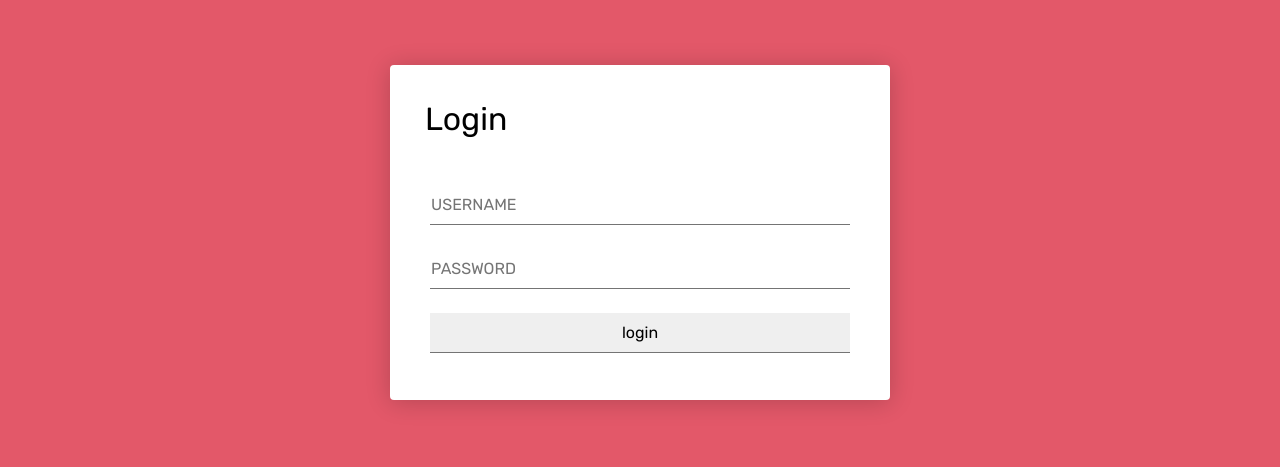
Repository: Shreya200012/FoodBox
Page: foodWeb/src/main/webapp/index.html
These files come from the project's save history. The page is drawn as it stood at one moment and after the next save; the edit follows.
The browser window is 1280 px wide. The pictures show the whole page.

Above is the page before, as saved 2022-06-12 12:20:30.
Console error: TypeError: document.querySelecter is not a function

### foodWeb/src/main/webapp/index.html
<!DOCTYPE html>
<html lang="en" >
<head>
  <meta charset="UTF-8">
  <title>Simple Login Form Example</title>
  <link rel='stylesheet' href='https://fonts.googleapis.com/css?family=Rubik:400,700'>
  <link rel="stylesheet" href="css/style1.css">

</head>
<body>
<!-- partial:index.partial.html -->
<div class="login-form">
  <form action="loginController" method="post">
    <h1>Login</h1>
    <div class="content">
      <div class="input-field">
        <input type="text" placeholder="UserName" name="username" autocomplete="nope">
      </div>
      <div class="input-field">
        <input type="password" placeholder="Password" name="password" autocomplete="new-password">
      </div>
       <div class="input-field">
        <input type="submit" value="login">
      </div>
    </div>
   <!-- <div class="action">
      <button>Register</button>
      <button >Sign in</button>
    </div>-->
  </form>
</div>
<!-- partial -->
<script  src="js/script1.js"></script>

</body>
</html>

### foodWeb/src/main/webapp/css/style1.css
* {
  margin: 0;
  padding: 0;
  box-sizing: border-box;
  -webkit-font-smoothing: antialiased;
}

body {
  background: #e35869;
  font-family: 'Rubik', sans-serif;
}

.login-form {
  background: #fff;
  width: 500px;
  margin: 65px auto;
  display: -webkit-box;
  display: flex;
  -webkit-box-orient: vertical;
  -webkit-box-direction: normal;
          flex-direction: column;
  border-radius: 4px;
  box-shadow: 0 2px 25px rgba(0, 0, 0, 0.2);
}
.login-form h1 {
  padding: 35px 35px 0 35px;
  font-weight: 300;
}
.login-form .content {
  padding: 35px;
  text-align: center;
}
.login-form .input-field {
  padding: 12px 5px;
}
.login-form .input-field input {
  font-size: 16px;
  display: block;
  font-family: 'Rubik', sans-serif;
  width: 100%;
  padding: 10px 1px;
  border: 0;
  border-bottom: 1px solid #747474;
  outline: none;
  -webkit-transition: all .2s;
  transition: all .2s;
}
.login-form .input-field input::-webkit-input-placeholder {
  text-transform: uppercase;
}
.login-form .input-field input::-moz-placeholder {
  text-transform: uppercase;
}
.login-form .input-field input:-ms-input-placeholder {
  text-transform: uppercase;
}
.login-form .input-field input::-ms-input-placeholder {
  text-transform: uppercase;
}
.login-form .input-field input::placeholder {
  text-transform: uppercase;
}
.login-form .input-field input:focus {
  border-color: #222;
}
.login-form a.link {
  text-decoration: none;
  color: #747474;
  letter-spacing: 0.2px;
  text-transform: uppercase;
  display: inline-block;
  margin-top: 20px;
}
.login-form .action {
  display: -webkit-box;
  display: flex;
  -webkit-box-orient: horizontal;
  -webkit-box-direction: normal;
          flex-direction: row;
}
.login-form .action button {
  width: 100%;
  border: none;
  padding: 18px;
  font-family: 'Rubik', sans-serif;
  cursor: pointer;
  text-transform: uppercase;
  background: #e8e9ec;
  color: #777;
  border-bottom-left-radius: 4px;
  border-bottom-right-radius: 0;
  letter-spacing: 0.2px;
  outline: 0;
  -webkit-transition: all .3s;
  transition: all .3s;
}
.login-form .action button:hover {
  background: #d8d8d8;
}
.login-form .action button:nth-child(2) {
  background: #2d3b55;
  color: #fff;
  border-bottom-left-radius: 0;
  border-bottom-right-radius: 4px;
}
.login-form .action button:nth-child(2):hover {
  background: #3c4d6d;
}

### foodWeb/src/main/webapp/js/script1.js
let form = document.querySelecter('form');

form.addEventListener('submit', (e) => {
  e.preventDefault();
  return false;
});

After the next save:
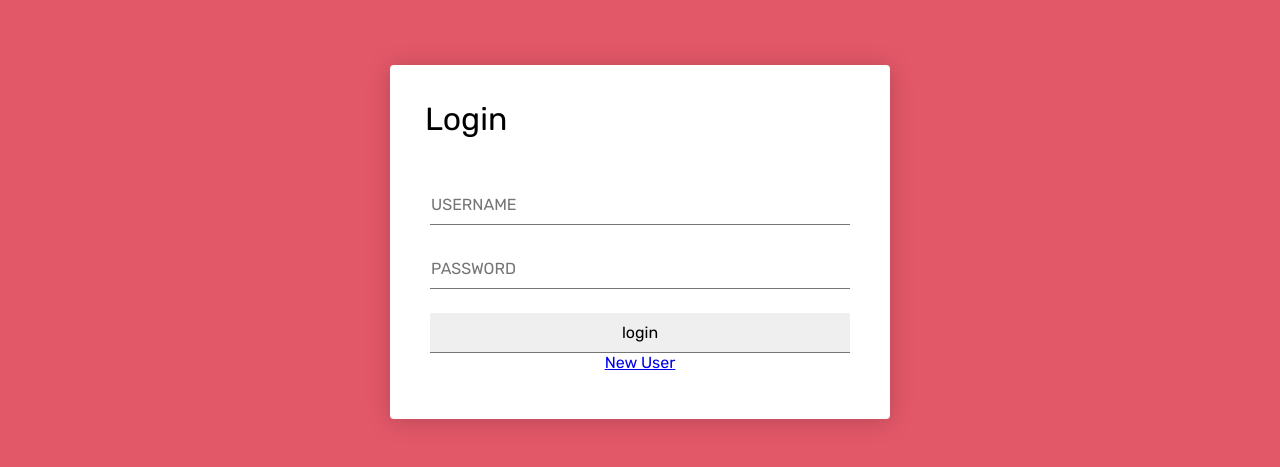
Saved 10 min 24 s later.
--- a/foodWeb/src/main/webapp/index.html
+++ b/foodWeb/src/main/webapp/index.html
@@ -21,8 +21,11 @@
       </div>
        <div class="input-field">
         <input type="submit" value="login">
+        <a href="index.html">New User</a>
+
       </div>
     </div>
+
    <!-- <div class="action">
       <button>Register</button>
       <button >Sign in</button>
